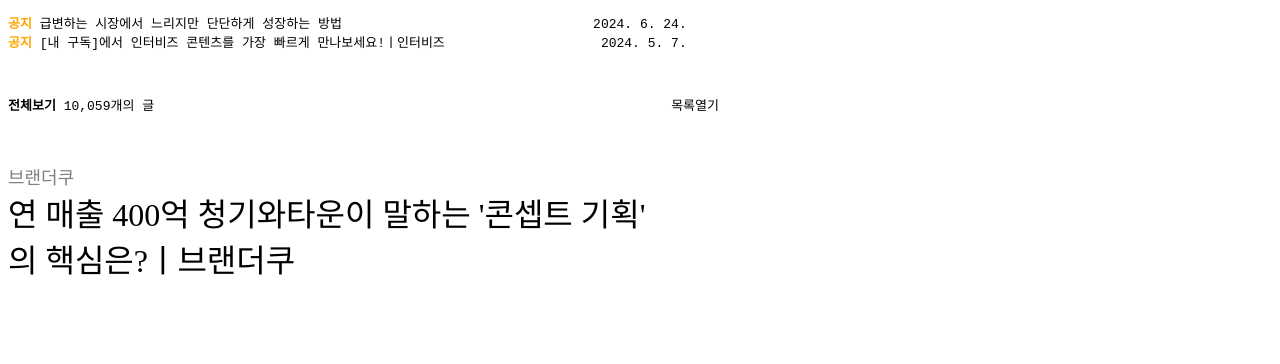
Repository: msgggg1/webPro
Page: webPro/src/main/webapp/html/days02/ex11.html
These files come from the project's save history. The page is drawn as it stood at one moment and after the next save; the edit follows.
The browser window is 1280 px wide. The pictures show the whole page.

Above is the page before, as saved 2025-04-22 14:52:51.

After the next save:
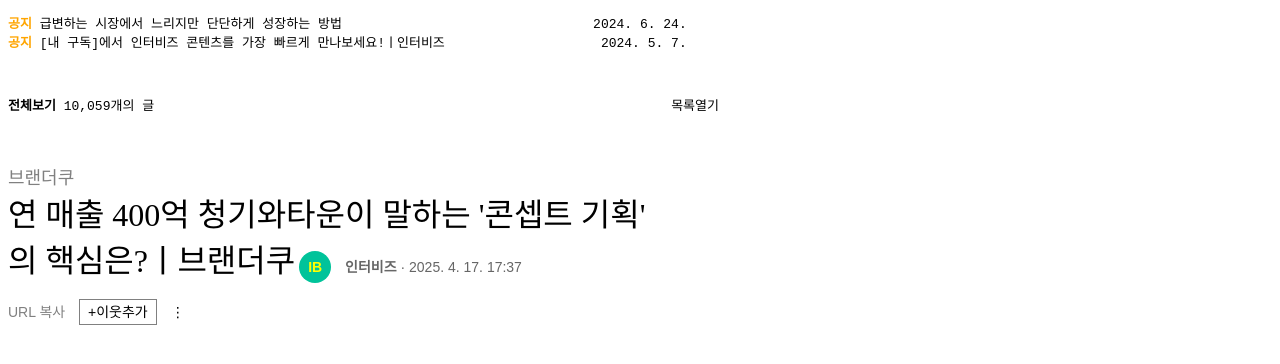
Saved 14 min 46 s later.
--- a/webPro/src/main/webapp/html/days02/ex11.html
+++ b/webPro/src/main/webapp/html/days02/ex11.html
@@ -39,6 +39,27 @@
 <font size="4" color="gray"><a href="">브랜더쿠</a></font>
 <br>
 <font size="6">연 매출 400억 청기와타운이 말하는 '콘셉트 기획'<br>의 핵심은?ㅣ브랜더쿠</font>
+<font style="font-family: sans-serif; font-size: 14px;">
+
+  <!-- 왼쪽: 원처럼 보이는 IB -->
+  <span style="display: inline-block; width: 32px; height: 32px; background-color: #00c39a; color: yellow; border-radius: 50%; text-align: center; line-height: 32px; font-weight: bold;">
+    IB
+  </span>
+
+  <!-- 이름과 날짜 -->
+  <span style="margin-left: 10px; color: #666;">
+    <b>인터비즈</b> · 2025. 4. 17. 17:37
+  </span>
+
+  <!-- 줄 바꿈 -->
+  <br><br>
+
+  <!-- 오른쪽 요소들 (사실 왼쪽 정렬이지만 아래에 나열) -->
+  <span style="color: gray;">URL 복사</span>
+  <span style="border: 1px solid gray; padding: 4px 8px; margin-left: 10px;">+이웃추가</span>
+  <span style="margin-left: 10px;">⋮</span>
+
+</font>
 
 
 </body>
